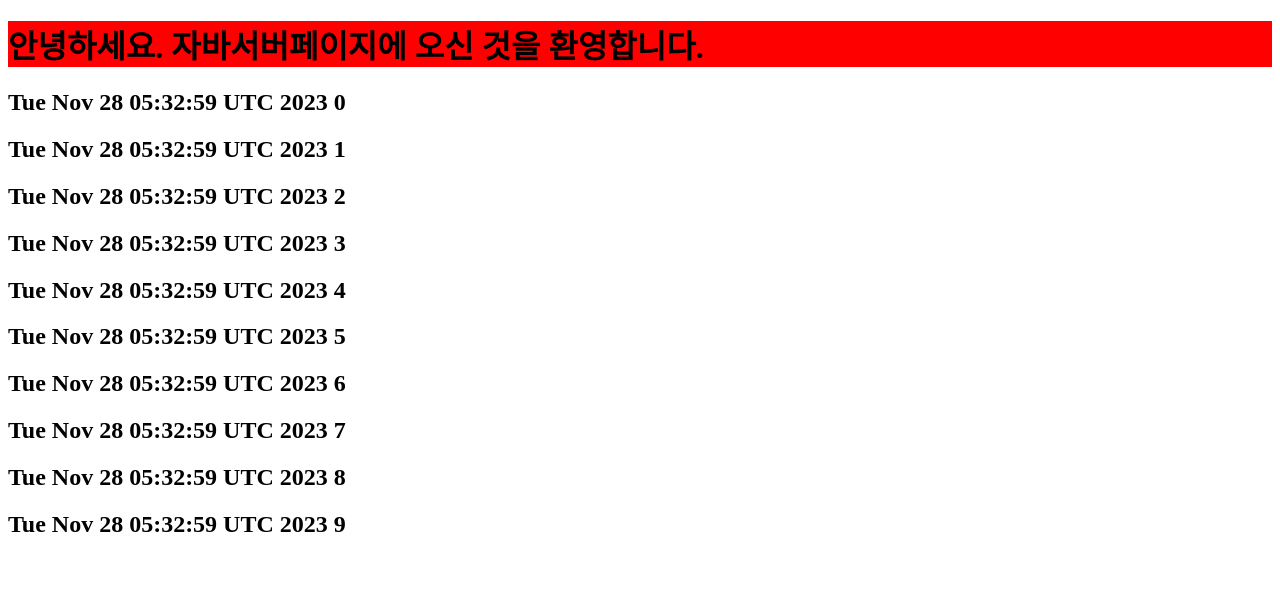
Repository: jinhanP/JSPtest
Page: http://localhost/jsptest/wlecome.jsp
The author's editor kept a copy of each file at every save. The page is drawn from the files as they stood at one save, then again after the next save.
The browser window is 1280 px wide. The pictures show the whole page.
The page is served by Tomcat 10.

Above is the page before, as saved 2023-11-28 05:53:13.

After the next save:
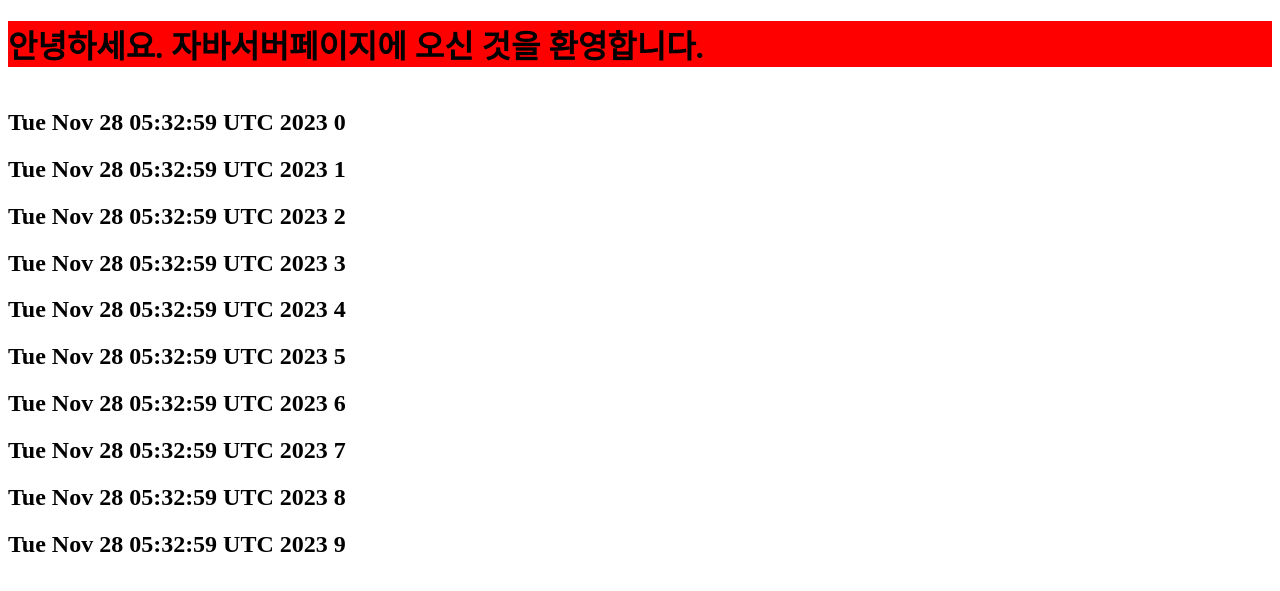
Saved 3 min 9 s later.
--- a/jsptest/src/main/webapp/wlecome.jsp
+++ b/jsptest/src/main/webapp/wlecome.jsp
@@ -20,9 +20,9 @@
 <body>
  <table>
     <h1>안녕하세요. 자바서버페이지에 오신 것을 환영합니다.</h1>
+   </table>
     <%	for (int i = 0; i < 10; i++) {	%>
     <h2><%=displayDate + " " + i%></h2>
     <% } %>
-   </table>
 </body>
 </html>
